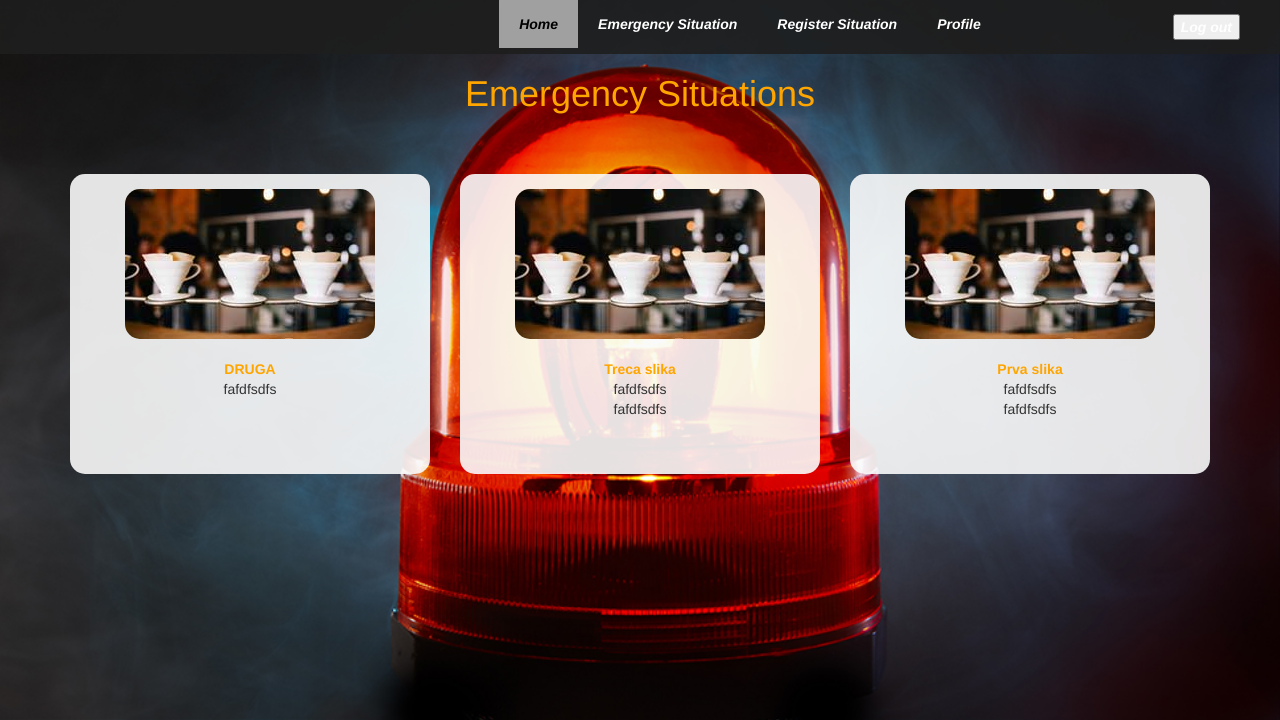
Repository: majamiljic/WebProgramming
Page: emergencySituations/WebContent/situations.html
An editor plug-in stored every save of this project. The page is shown before and after the next save, followed by the edit.
The browser window is 1280 px wide. The pictures show the whole page.

Above is the page before, as saved 2018-01-26 15:18:37.

After the next save:
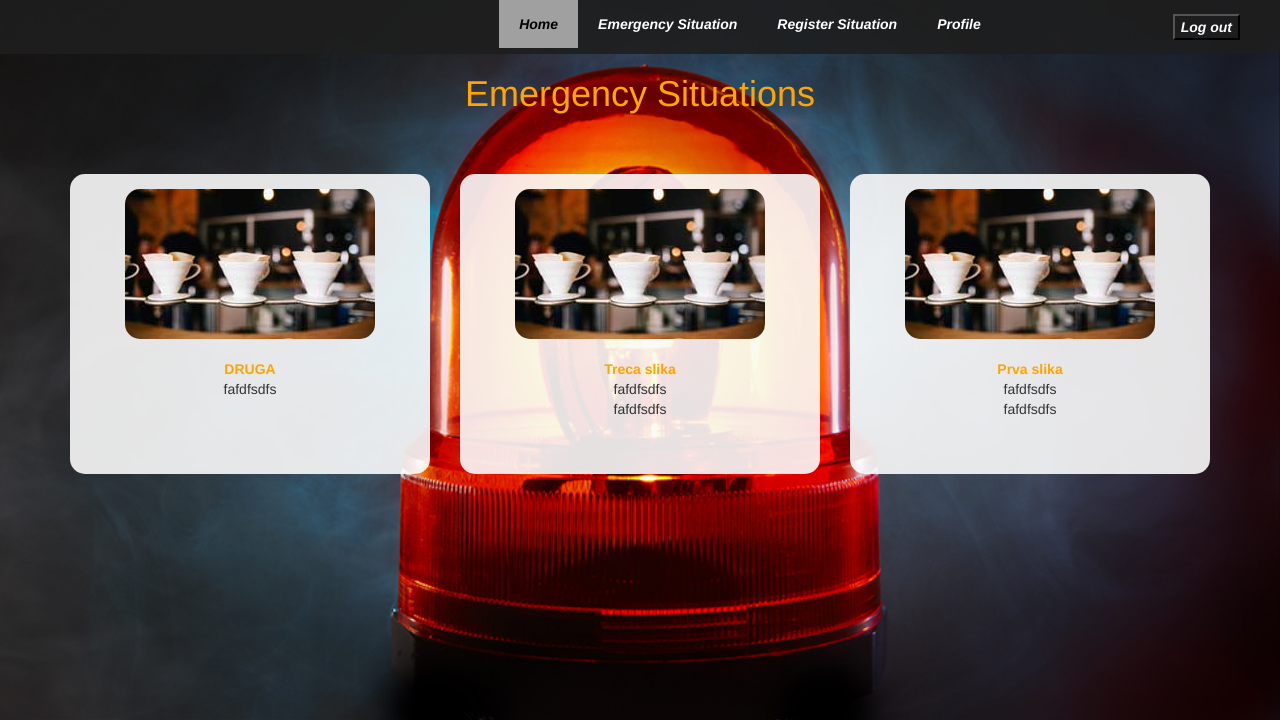
Saved 3 min 57 s later.
--- a/emergencySituations/WebContent/situations.html
+++ b/emergencySituations/WebContent/situations.html
@@ -15,7 +15,7 @@
             <li><a href="profile.html">Profile</a></li>
             <li style="float: right; margin-right: 20px;">
 				<a href="">
-					<button type="submit" style="style: none" onclick="logout()">Log out</button>
+					<button type="submit" style="background: none" onclick="logout()">Log out</button>
 				</a>
 			</li>
         </ul>
